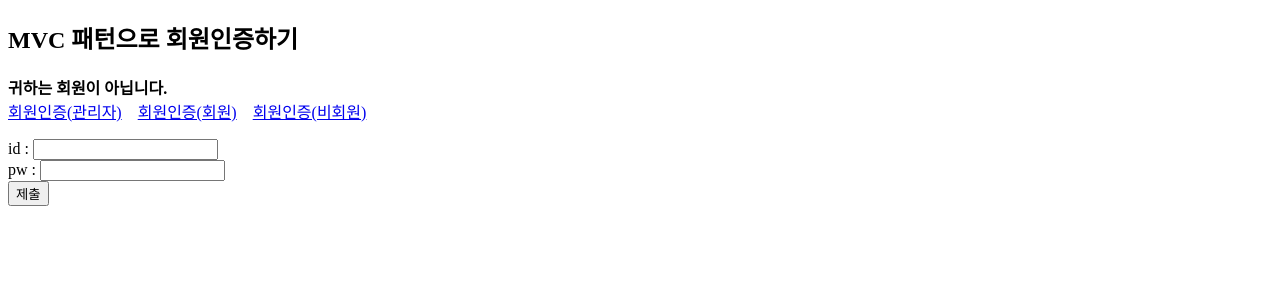
Repository: Park-Dongheon/Servlet-JSP_Training
Page: http://localhost/MustHaveJSP/12Servlet/MemberAuth.mvc
An editor plug-in stored every save of this project. The page is shown before and after the next save, followed by the edit.
The browser window is 1280 px wide. The pictures show the whole page.
The page is served by Tomcat 10. Queries for data that is not in the repository find no rows.

Above is the page before, as saved 2024-06-25 03:44:21.

After the next save:
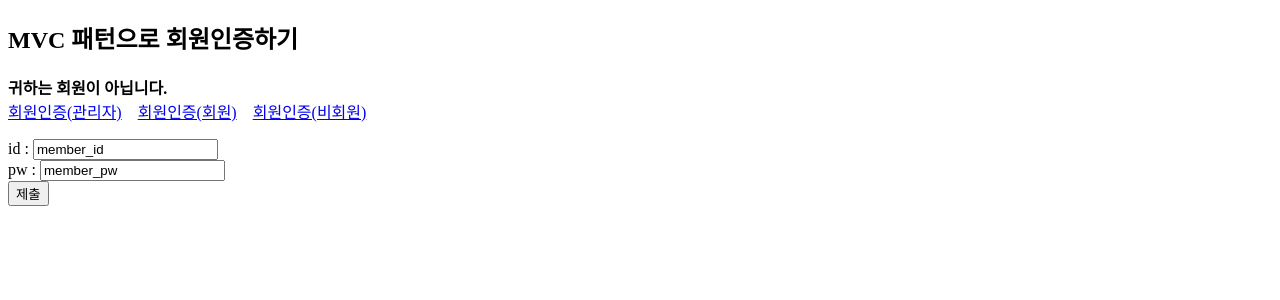
Saved 101 s later.
--- a/MustHaveJSP/src/main/webapp/12Servlet/MemberAuth.jsp
+++ b/MustHaveJSP/src/main/webapp/12Servlet/MemberAuth.jsp
@@ -19,8 +19,8 @@
 	</p>
 
 	<form method="post" action="../12Servlet/MemberAuth.mvc?id=${member_id}&pass=${member_pw}">
-		id : <input type="text" value="${member_id}" /> <br />
-		pw : <input type="text" value="${member_pw}" /> <br />
+		id : <input type="text" value="member_id" /> <br />
+		pw : <input type="text" value="member_pw" /> <br />
 		<input type="submit" value="제출" />
 	</form>
 </body>

After the save that followed:
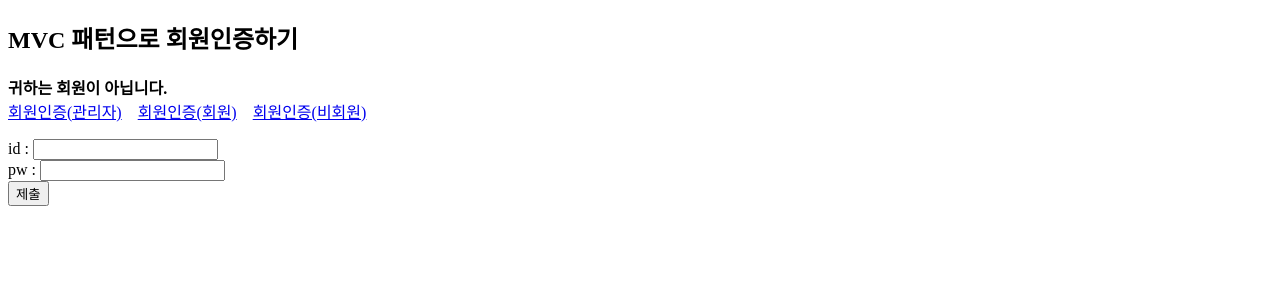
Saved 13 s later.
--- a/MustHaveJSP/src/main/webapp/12Servlet/MemberAuth.jsp
+++ b/MustHaveJSP/src/main/webapp/12Servlet/MemberAuth.jsp
@@ -19,8 +19,8 @@
 	</p>
 
 	<form method="post" action="../12Servlet/MemberAuth.mvc?id=${member_id}&pass=${member_pw}">
-		id : <input type="text" value="member_id" /> <br />
-		pw : <input type="text" value="member_pw" /> <br />
+		id : <input type="text" value="${member_id}" /> <br />
+		pw : <input type="text" value="${member_pw}" /> <br />
 		<input type="submit" value="제출" />
 	</form>
 </body>
